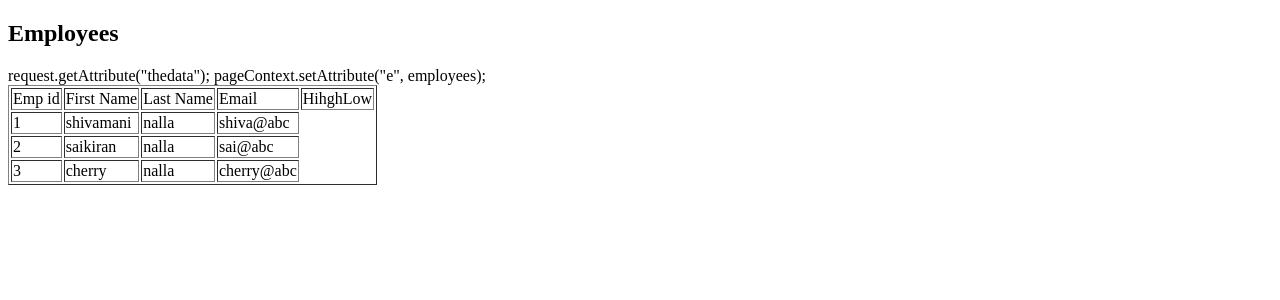
Repository: shivamaninalla/Bank-Application-JSP
Page: http://localhost/06-student-mvc/StudentServlet
An editor plug-in stored every save of this project. The page is shown before and after the next save, followed by the edit.
The browser window is 1280 px wide. The pictures show the whole page.
The page is served by Tomcat 9.

Above is the page before, as saved 2024-07-16 07:31:57.

After the next save:
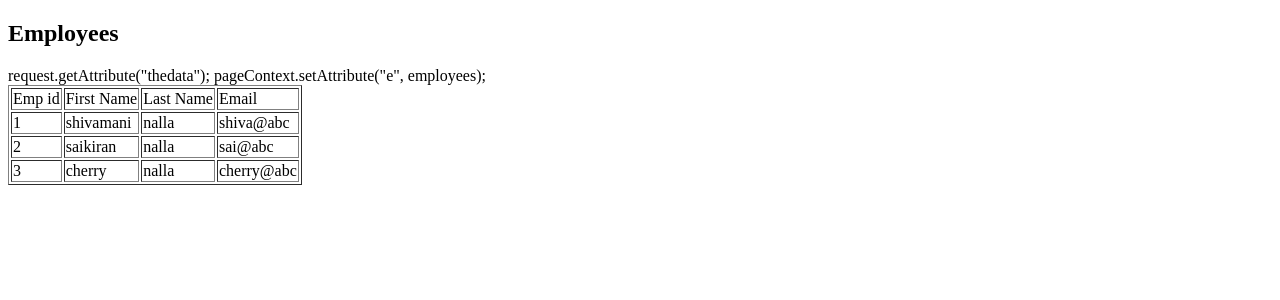
Saved 31 s later.
--- a/06-student-mvc/WebContent/view-student.jsp
+++ b/06-student-mvc/WebContent/view-student.jsp
@@ -19,7 +19,7 @@ pageContext.setAttribute("e", employees);
 			<td>First Name</td>
 			<td>Last Name</td>
 			<td>Email</td>
-			<td>HihghLow</td>
+
 		</tr>
 		<c:forEach var="d" items="${thedata}">
 			<tr>
